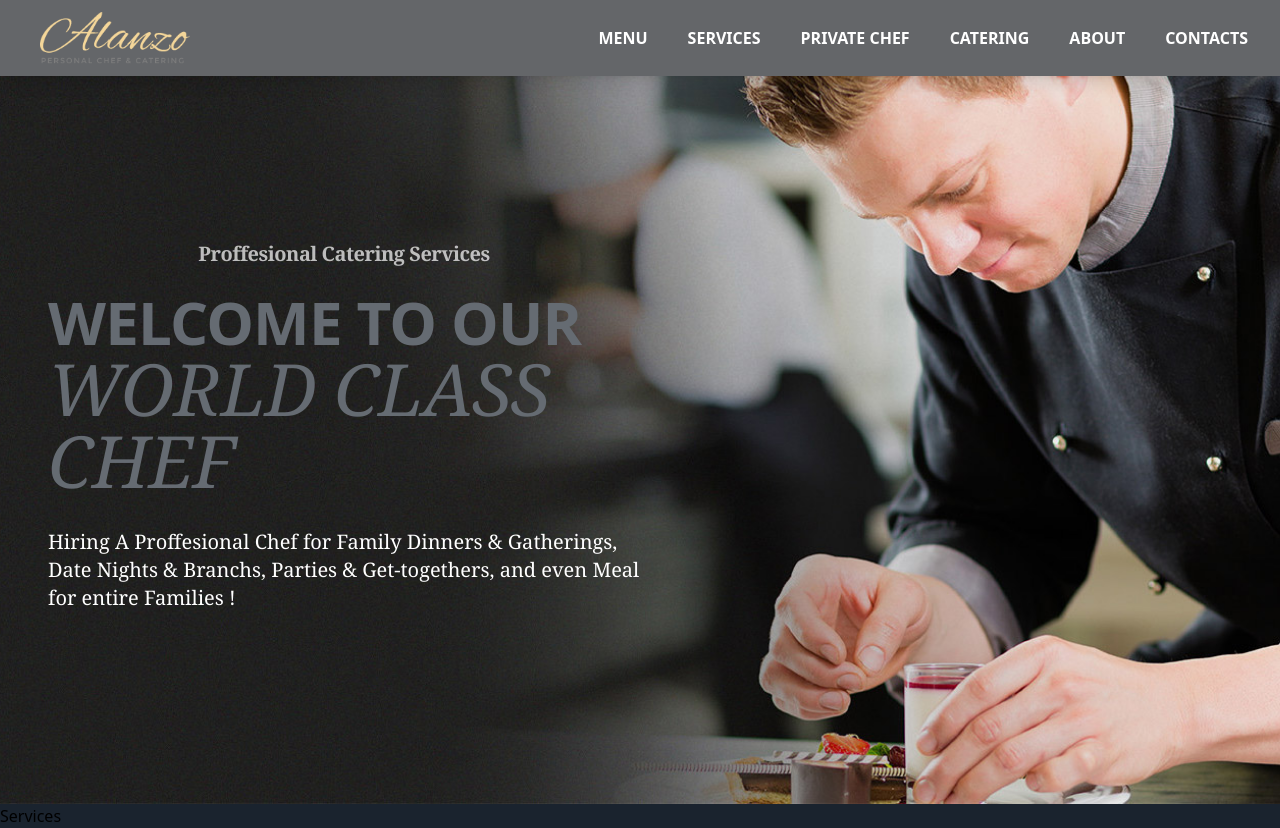
Repository: remydev47/alanzo
Page: /
The author's editor kept a copy of each file at every save. The page is drawn from the files as they stood at one save, then again after the next save.
The browser window is 1280 px wide. The pictures show the whole page.
The project was rebuilt for these pictures with package versions that can differ from the ones it lists, and the page was loaded fresh each time. The framework's server and built-in components were replaced by stand-ins that run in the browser. Also part of the build but not shown: next.config.js, components/Aboutus.tsx, components/Consulting.tsx, components/Catering.tsx, components/Menu.tsx, components/Testimonials.tsx, components/CTA.tsx, components/Footer.tsx.

Above is the page before, as saved 2022-12-17 11:17:06.

After the next save:
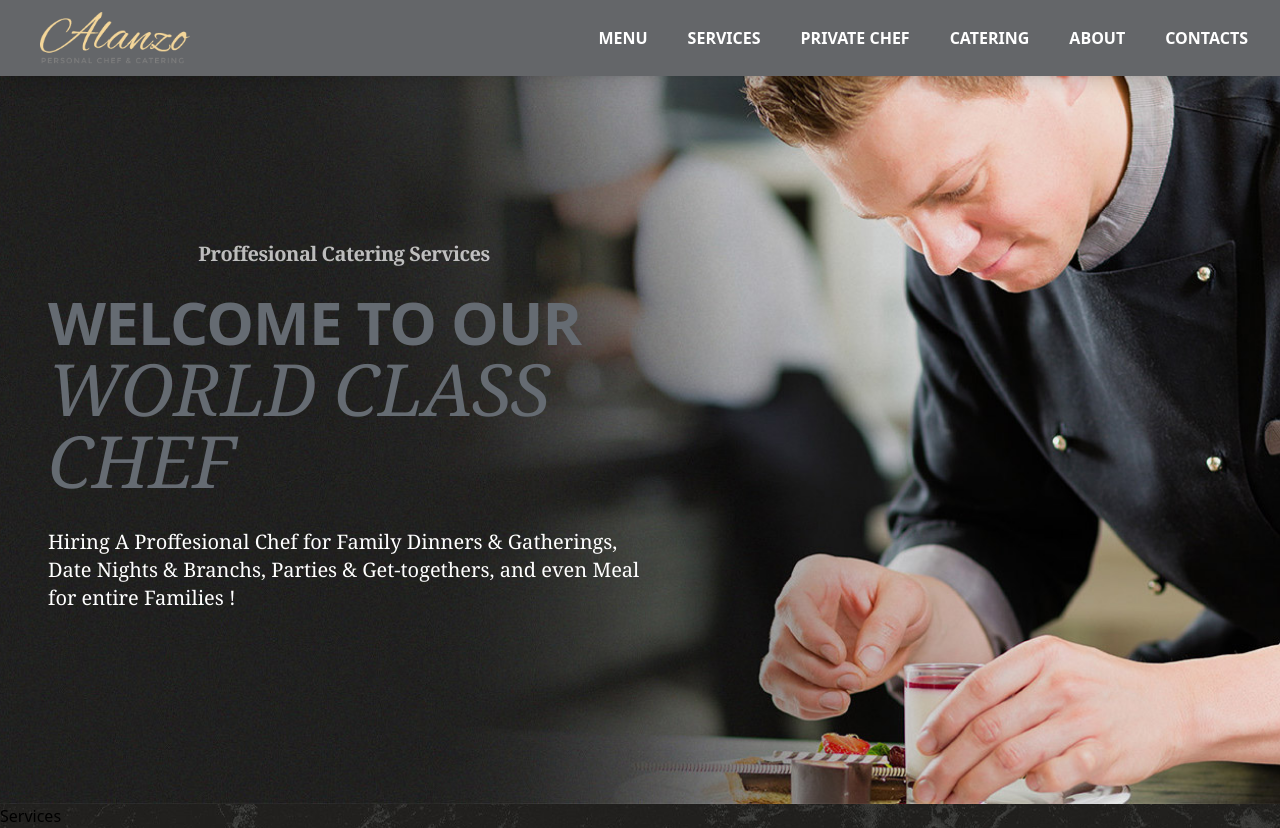
Saved 2 min 7 s later.
--- a/pages/index.tsx
+++ b/pages/index.tsx
@@ -6,7 +6,7 @@ import { Hero, Services } from '../components'
 
 const Home: NextPage = () => {
   return (
-    <div className="bg-primary-black">
+    <div className="bg-[url('/images/bg_2.jpg')]">
       <Head>
         <title>Avantos</title>
         <link rel="icon" href="/favicon.ico" />
